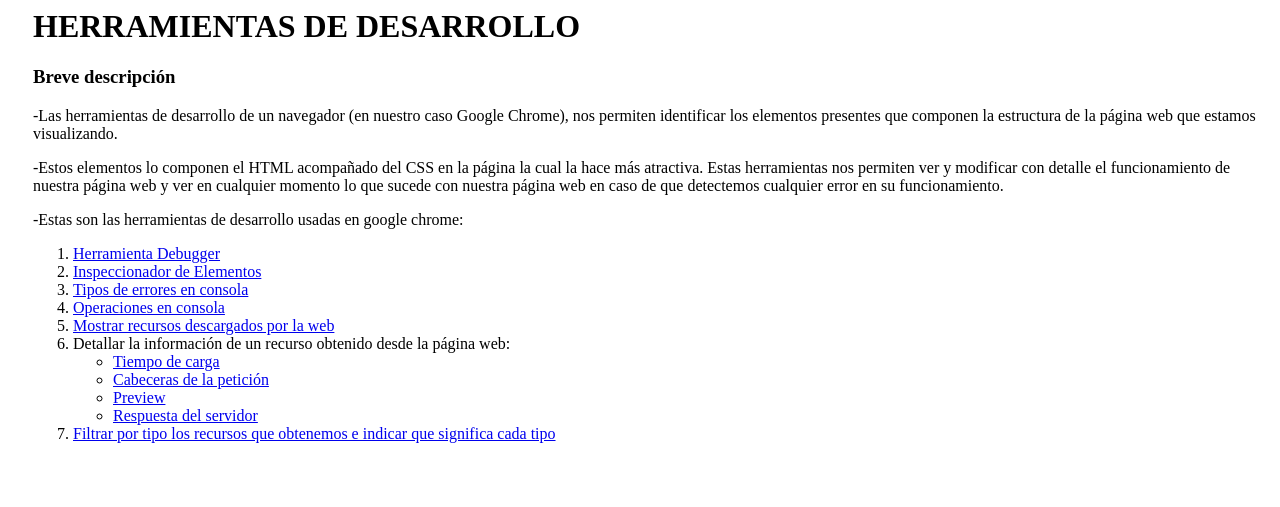
Repository: VictorinoBF97/HerramientasDesarollo
Page: indice.html
These files come from the project's save history. The page is drawn as it stood at one moment and after a run of saves; the edit follows.
The browser window is 1280 px wide. The pictures show the whole page.

Above is the page before, as saved 2018-11-26 07:06:27.
Not found: main.js

After the next 3 saves:
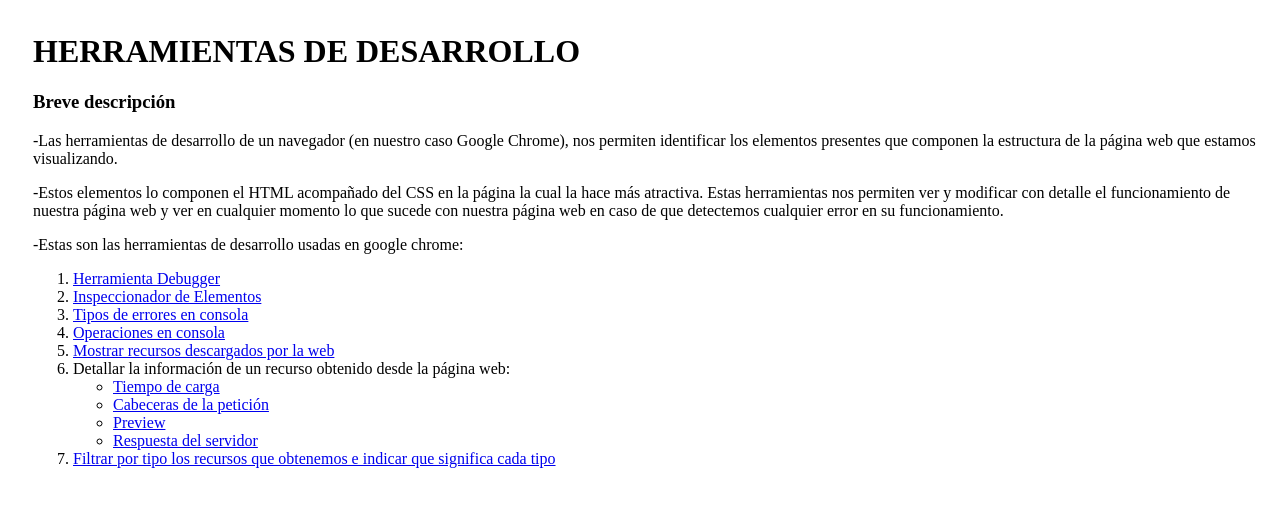
The 3 saves are shown as one change because they came seconds apart.
The last was saved 16 s later.
--- a/css/styles.css
+++ b/css/styles.css
@@ -1,3 +1,4 @@
 body{
     padding-left: 25px;
+    padding-top: 25px;
 }
